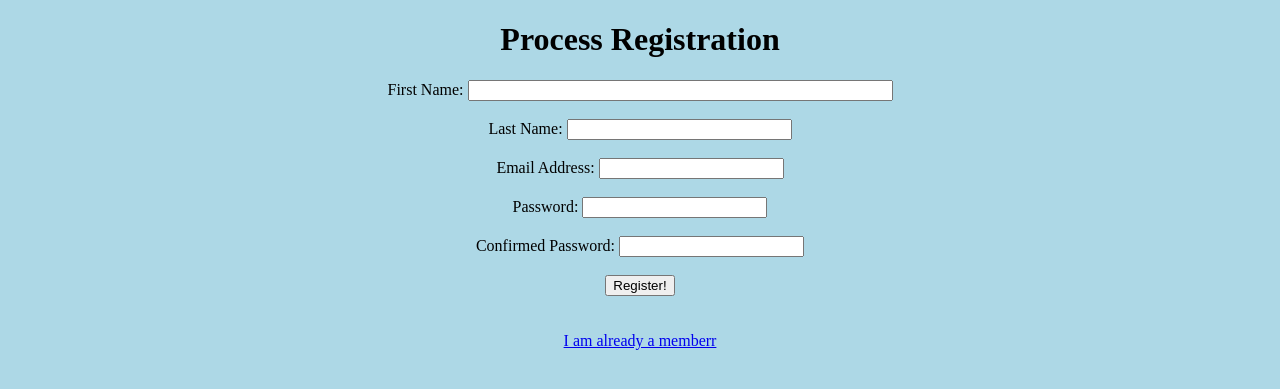
Repository: jedeyejed00/TheGameShaq
Page: http://localhost/ClassWork/ClassAssignment/process_register.php
The author's editor kept a record of every edit. The page is drawn from the files as they stood at one moment, then again after the next edit.
The browser window is 1280 px wide. The pictures show the whole page.
The page is run by PHP 8.4 with error messages shown; the project is at /var/www/html/.

Above is the page before.

After the next edit:
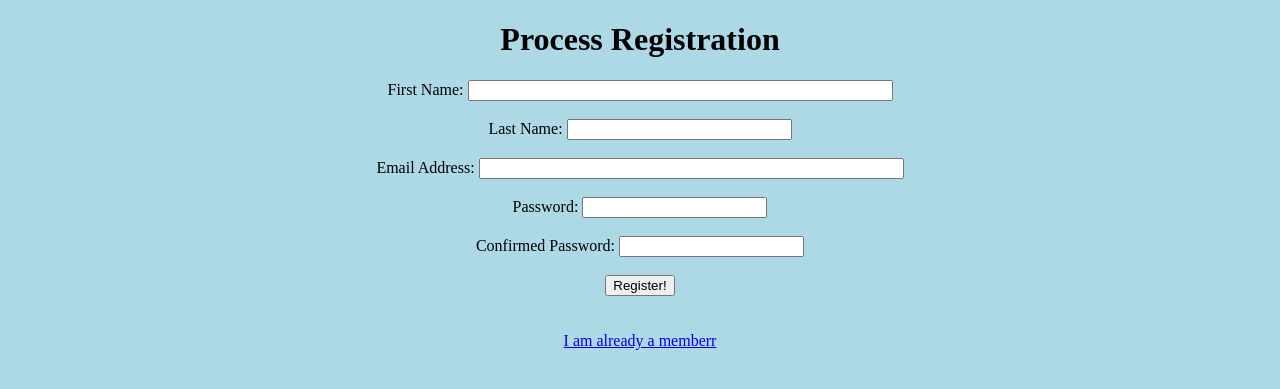
The edit:
--- a/ClassWork/ClassAssignment/process_register.php
+++ b/ClassWork/ClassAssignment/process_register.php
@@ -18,7 +18,7 @@
                     <input type ="lastname" name = "lastName" id="lastname" size="25"> <br><br>
 
                     <label for ="email">Email Address:</label>
-                    <input type ="email" name = "email" id="email" size="20"> <br><br>
+                    <input type ="email" name = "email" id="email" size="50"> <br><br>
 
                     <label for ="password">Password:</label>
                     <input type ="password"= name = "password" id ="password" size="20"> <br><br>
